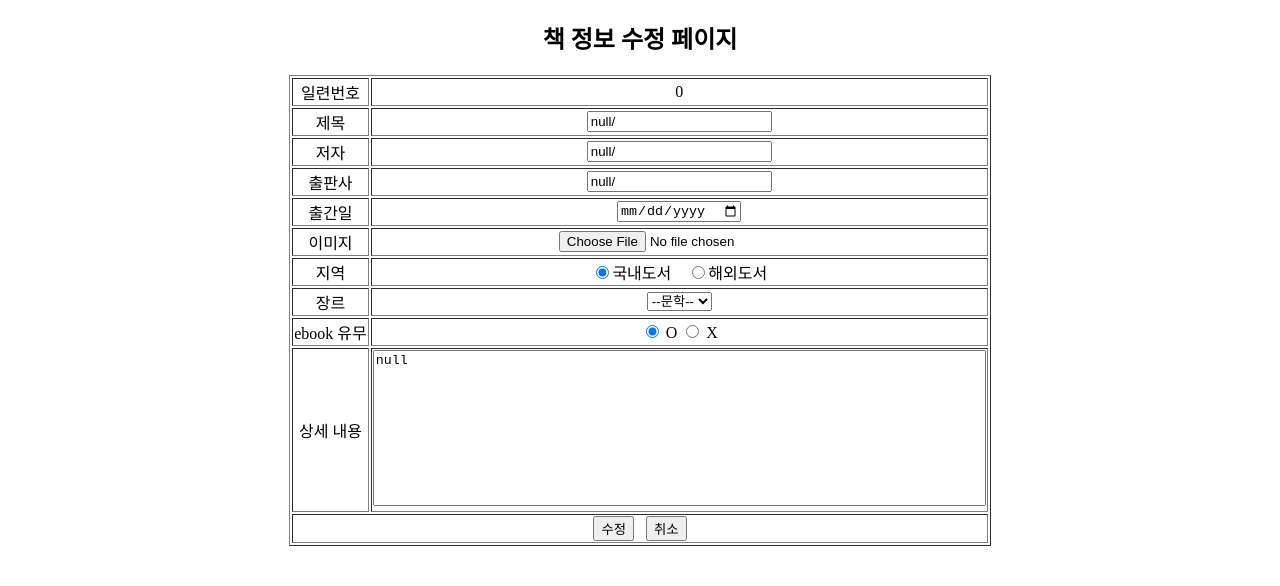
Repository: Served01/Project2_2209
Page: http://localhost/bookReviewProgram/bkInsertform2.jsp
An editor plug-in stored every save of this project. The page is shown before and after the next save, followed by the edit.
The browser window is 1280 px wide. The pictures show the whole page.
The page is served by Tomcat 9. Queries for data that is not in the repository find no rows.

Above is the page before, as saved 2022-09-25 05:13:46.

After the next save:
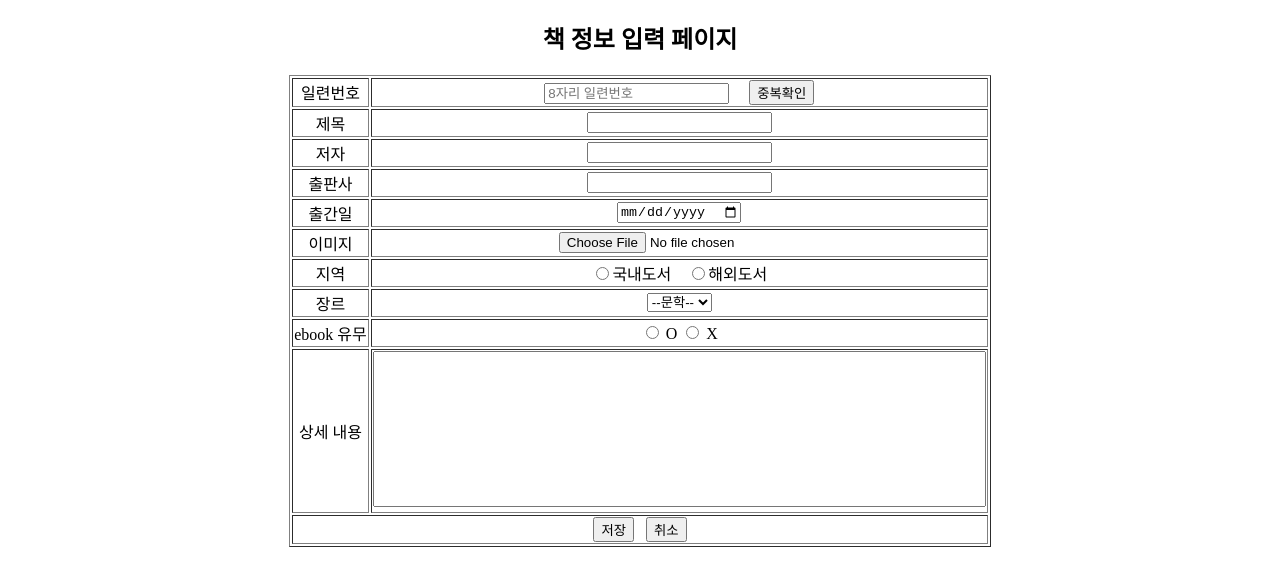
Saved 3 min 14 s later.
--- a/bookReviewProgram/src/main/webapp/bkInsertform2.jsp
+++ b/bookReviewProgram/src/main/webapp/bkInsertform2.jsp
@@ -1,153 +1,86 @@
 <%@ page language="java" contentType="text/html; charset=UTF-8"
     pageEncoding="UTF-8"%>
-<%@ page import = "java.sql.*" %>
-<%@ page import="javax.sql.*"%>
-<%@ page import="javax.naming.*"%>
-<%@ page import="BKRV.book.bkDAO"%>
-<%@ page import="BKRV.book.bkBean"%>
-<%request.setCharacterEncoding("UTF-8");%>
 <!DOCTYPE html>
 <html>
 <head>
 <meta charset="UTF-8">
-<title>책 정보 수정 페이지</title>
+<title>책 정보 입력 페이지</title>
 </head>
+
 <style>
 table{
 margin: auto;
 }
 </style>
+
 <body>
-<%
-	int bk_number = 20220004; //Integer.parseInt(request.getParameter("bk_number"));
-
-	bkDAO bdao = new bkDAO();
-	bkBean bBean = bdao.selectBook(bk_number);
-
-%>
-<h2 align = "center">책 정보 수정 페이지</h2>
-
-<form action="bkUpdatePro.jsp" method="post">
+<h2 align = "center">책 정보 입력 페이지</h2>
+<!-- 책 상세정보 입력 -->
+<form action="bkInsertPro.jsp" method="post" enctype="multipart/form-data">
 <table border="1">
 	<tr align = "center">
 		<td>일련번호</td>
-		<td><%=bBean.getBk_number() %></td>
+		<td><input type="text" name="bk_number" placeholder="8자리 일련번호"/>
+			&nbsp; &nbsp;
+			<button type="button">중복확인</button></td>
 	</tr>
 	<tr align = "center">
 		<td>제목</td>
-		<td><input type="text" name="bk_title" value=<%=bBean.getBk_title() %>/></td>
+		<td><input type="text" name="bk_title"/></td>
 	</tr>
 	<tr align = "center">
 		<td>저자</td>
-		<td><input type="text" name="bk_writer" value=<%=bBean.getBk_writer() %>/></td>
+		<td><input type="text" name="bk_writer"/></td>
 	</tr>
 	<tr align = "center">
 		<td>출판사</td>
-		<td><input type="text" name="bk_publisher" value=<%=bBean.getBk_publisher() %>/></td>
+		<td><input type="text" name="bk_publisher"/></td>
 	</tr>
 	<tr align = "center">
 		<td>출간일</td>
-		<td><input type="date" name="bk_pubdate" value=<%=bBean.getBk_pubdate() %>/></td>
+		<td><input type="date" name="bk_pubdate"/></td>
 	</tr>
 	<tr align = "center">
 		<td>이미지</td>
-		<td>&nbsp;&nbsp;&nbsp;<input type="file" value=<%=bBean.getBk_image() %> name="bk_image"/>
+		<td>&nbsp;&nbsp;&nbsp;<input type="file" value="파일 선택" name="bk_image"/>
 	</tr>
 	<tr align = "center">
 		<td>지역</td>
 		<td>
-		<%
-
-		if(bBean.getBk_local()==0){ %>
-		<input type="radio" name="bk_local" value="0" checked="checked"/>국내도서
+		<input type="radio" name="bk_local" value="0"/>국내도서
 		&nbsp;&nbsp;
 		<input type="radio" name="bk_local" value="1"/>해외도서
-		<%}
-
-		else if(bBean.getBk_local()==1){ %>
-		<input type="radio" name="bk_local" value="0" />국내도서
-		&nbsp;&nbsp;
-		<input type="radio" name="bk_local" value="1" checked="checked"/>해외도서
-		<%};
-
-		%>
 		</td>
 	</tr>
 	<tr align="center">
 		<td>장르</td>
 		<td>
-		<%if(bBean.getBk_genre()==0){%>
 			<select name="bk_genre">
-				<option value="0" selected="selected">--문학--</option>
+				<option value="0">--문학--</option>
 				<option value="1">--역사--</option>
 				<option value="2">--소설--</option>
 				<option value="3">--만화--</option>
 				<option value="4">--기타--</option>
 			</select>
-		<%}
-
-		else if(bBean.getBk_genre()==1){%>
-			<select name="bk_genre">
-				<option value="0">--문학--</option>
-				<option value="1" selected="selected">--역사--</option>
-				<option value="2">--소설--</option>
-				<option value="3">--만화--</option>
-				<option value="4">--기타--</option>
-			</select>
-		<%}
-		else if(bBean.getBk_genre()==2){%>
-			<select name="bk_genre">
-				<option value="0">--문학--</option>
-				<option value="1">--역사--</option>
-				<option value="2" selected="selected">--소설--</option>
-				<option value="3">--만화--</option>
-				<option value="4">--기타--</option>
-			</select>
-		<%}
-		else if(bBean.getBk_genre()==3){%>
-			<select name="bk_genre">
-				<option value="0">--문학--</option>
-				<option value="1">--역사--</option>
-				<option value="2">--소설--</option>
-				<option value="3" selected="selected">--만화--</option>
-				<option value="4">--기타--</option>
-			</select>
-		<%}
-		else if(bBean.getBk_genre()==4){%>
-			<select name="bk_genre">
-				<option value="0">--문학--</option>
-				<option value="1">--역사--</option>
-				<option value="2">--소설--</option>
-				<option value="3">--만화--</option>
-				<option value="4" selected="selected">--기타--</option>
-			</select>
-		<%}
-		%>
 		</td>
 	</tr>
 	<tr align="center">
 		<td>ebook 유무</td>
 		<td>
-		<%if(bBean.getBk_ebook()==0){ %>
-			<input type="radio" name="bk_ebook" value="0" checked="checked"/> O
+			<input type="radio" name="bk_ebook" value="0"/> O
 			<input type="radio" name="bk_ebook" value="1"/> X
-		<%}
-		else if(bBean.getBk_ebook()==1){%>
-			<input type="radio" name="bk_ebook" value="0"/> O
-			<input type="radio" name="bk_ebook" value="1" checked="checked"/> X
-		<%} %>
 		</td>
 	</tr>
 	<!-- 작성일 sysdate 처리 -->
 	<tr align="center">
 		<td>상세 내용</td>
 		<td>
-			<textarea rows="10" cols="74" name="bk_detail" style ="resize:none"><%=bBean.getBk_detail() %></textarea></td>
+			<textarea rows="10" cols="74" name="bk_detail" style ="resize:none"></textarea></td>
 	</tr>
 	<tr align="center">
 		<td colspan="2">
-			<input type="submit" value="수정"/>&nbsp;&nbsp;
-			<button type="button">취소</button>
+			<input type="submit" value="저장"/>&nbsp;&nbsp;
+			<input type="button" value="취소" onclick="location.href='mainsession.jsp'"/>
 	</tr>
 
 </table>
